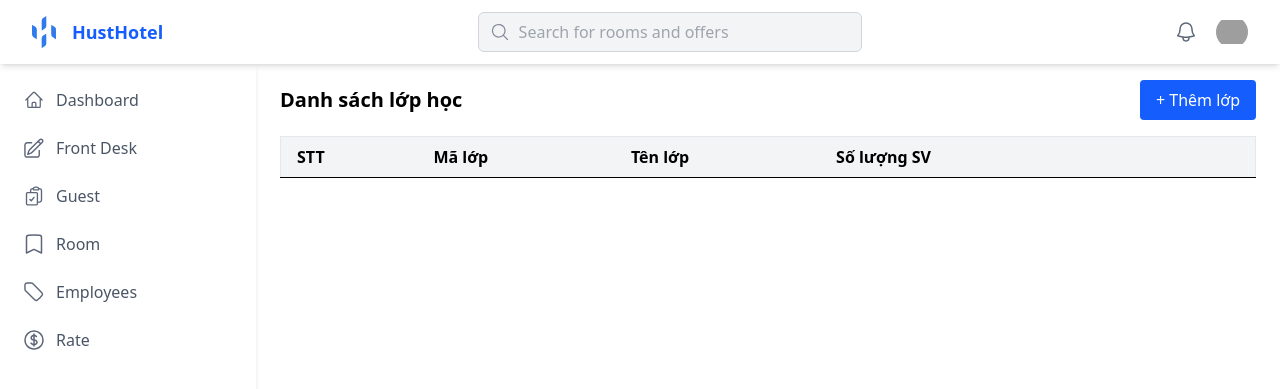
Repository: nguynd/GR1Attendance
Page: / (app in fe/)
The author's editor kept a copy of each file at every save. The page is drawn from the files as they stood at one save, then again after the next save.
The browser window is 1280 px wide. The pictures show the whole page.
Pictures or frames that could not be fetched are drawn as grey boxes. The page's requests for data from a server got no answer. The project was rebuilt for these pictures with package versions that can differ from the ones it lists, and the page was loaded fresh each time. Some packages were replaced by stand-ins written for this rebuild. No one was signed in, and anything a server would have sent is missing. Also part of the build but not shown: fe/vite.config.js, fe/src/components/EditClass.jsx, fe/src/services/studentAPI.jsx, fe/src/services/attendanceAPI.jsx, fe/src/components/StudentsInClass.jsx.

Above is the page before, as saved 2025-05-25 23:29:04.

After the next save:
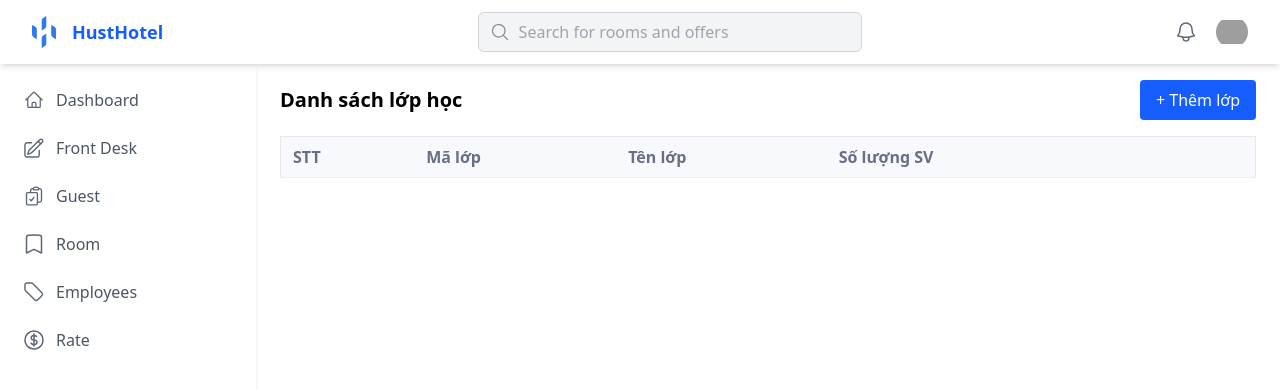
Saved 112 s later.
--- a/fe/src/components/ClassList.jsx
+++ b/fe/src/components/ClassList.jsx
@@ -62,22 +62,22 @@ export default function ClassList() {
         <table className="w-full bg-white border border-gray-200 rounded shadow-sm">
           <thead className="bg-gray-100">
             <tr>
-              <th className="px-4 py-2 border-b text-left">STT</th>
-              <th className="px-4 py-2 border-b text-left">Mã lớp</th>
-              <th className="px-4 py-2 border-b text-left">Tên lớp</th>
-              <th className="px-4 py-2 border-b text-left">Số lượng SV</th>
-              <th className="px-4 py-2 border-b text-left"></th>
-              <th th className="px-4 py-2 border-b text-left"></th>
+              <th className="bg-[#f8f9fd] text-[#676f86] border-b border-[#e9f1fe] px-3 py-2 text-left">STT</th>
+              <th className="bg-[#f8f9fd] text-[#676f86] border-b border-[#e9f1fe] px-3 py-2 text-left">Mã lớp</th>
+              <th className="bg-[#f8f9fd] text-[#676f86] border-b border-[#e9f1fe] px-3 py-2 text-left">Tên lớp</th>
+              <th className="bg-[#f8f9fd] text-[#676f86] border-b border-[#e9f1fe] px-3 py-2 text-left">Số lượng SV</th>
+              <th className="bg-[#f8f9fd] text-[#676f86] border-b border-[#e9f1fe] px-3 py-2 text-left"></th>
+              <th th className="bg-[#f8f9fd] text-[#676f86] border-b border-[#e9f1fe] px-3 py-2 text-left"></th>
             </tr>
           </thead>
           <tbody>
             {classes.map((cls, index) => (
               <tr key={cls.id} className="hover:bg-gray-50">
-                <td className="px-4 py-2 border-b">{index + 1}</td>
-                <td className="px-4 py-2 border-b">{cls.class_code}</td>
-                <td className="px-4 py-2 border-b">{cls.class_name}</td>
-                <td className="px-4 py-2 border-b">{cls.student_count}</td>
-                <td className="px-4 py-2 border-b items-center ">
+                <td className="text-[#676f86] border-b border-[#e9f1fe] px-3 py-2 text-left">{index + 1}</td>
+                <td className="text-[#676f86] border-b border-[#e9f1fe] px-3 py-2 text-left">{cls.class_code}</td>
+                <td className="text-[#676f86] border-b border-[#e9f1fe] px-3 py-2 text-left">{cls.class_name}</td>
+                <td className="text-[#676f86] border-b border-[#e9f1fe] px-3 py-2 text-left">{cls.student_count}</td>
+                <td className="text-[#676f86] border-b border-[#e9f1fe] px-3 py-2 text-left ">
                   <button onClick={() => handleEllipsisClick(cls)}>
                     <img src={pencil} alt="Menu" className="w-5 h-5 cursor-pointer transition" />
                      </button>
